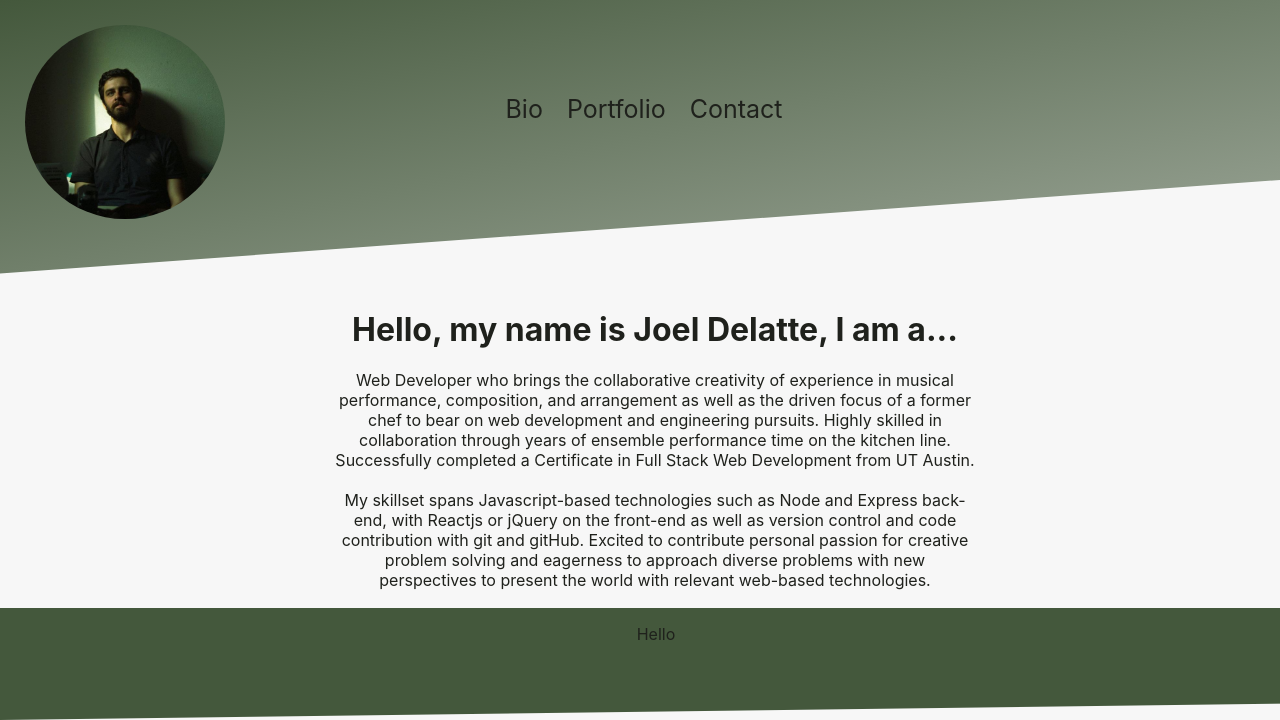
Repository: joeldelatte/react-portfolio
Page: / (app in client/)
An editor plug-in stored every save of this project. The page is shown before and after the next save, followed by the edit.
The browser window is 1280 px wide. The pictures show the whole page.
The project was rebuilt for these pictures with package versions that can differ from the ones it lists, and the page was loaded fresh each time. Also part of the build but not shown: client/src/App.css, client/src/Components/Contact/Contact.js, client/src/Components/Portfolio/portfolio.css, client/src/Components/Portfolio/Portfolio.js.

Above is the page before, as saved 2020-07-08 15:03:11.

After the next save:
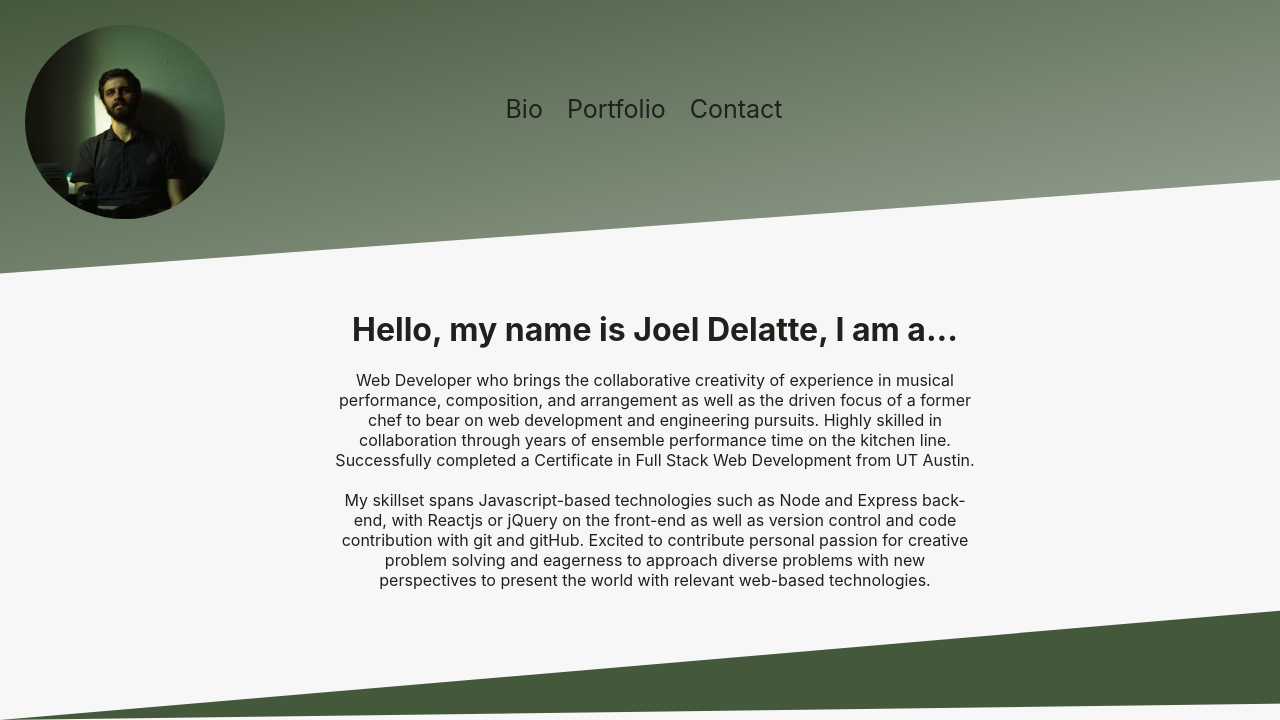
Saved 15 s later.
--- a/client/src/Page/Page.css
+++ b/client/src/Page/Page.css
@@ -44,7 +44,7 @@
   height: 5rem;
   background-color: rgb(68,88,60);
   /* background-image: linear-gradient(to right bottom, rgba(126, 213, 111, 0.801), rgba(40, 180, 133, 0.801)); */
-  -webkit-clip-path: polygon(0 0, 100% 0, 100% 85%, 0 100%);
+  -webkit-clip-path: polygon(0 100%, 100% 0, 100% 85%, 0 100%);
   /* clip-path: polygon(0 100%, 0 100%, 0 100%, 0 0);  */
   /* transform: skewY(-7deg); */
   position: fixed;
